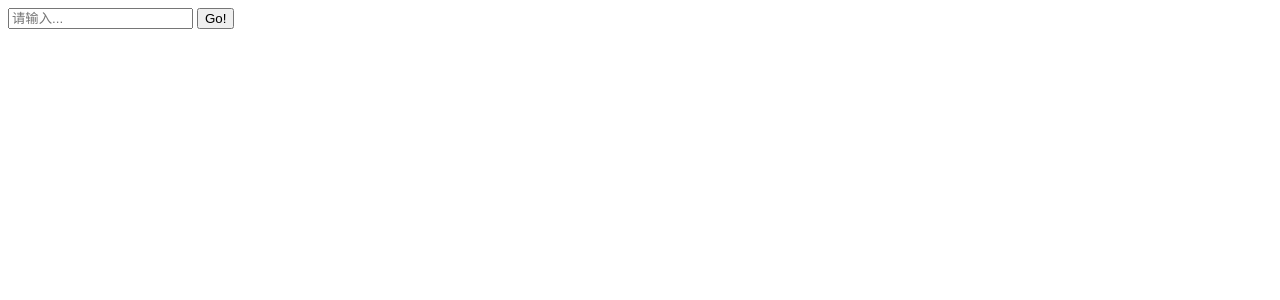
Repository: StarunneR/one-page
Page: index.html
The author's editor kept a copy of each file at every save. The page is drawn from the files as they stood at one save, then again after the next save.
The browser window is 1280 px wide. The pictures show the whole page.

Above is the page before, as saved 2022-01-08 18:16:41.

After the next save:
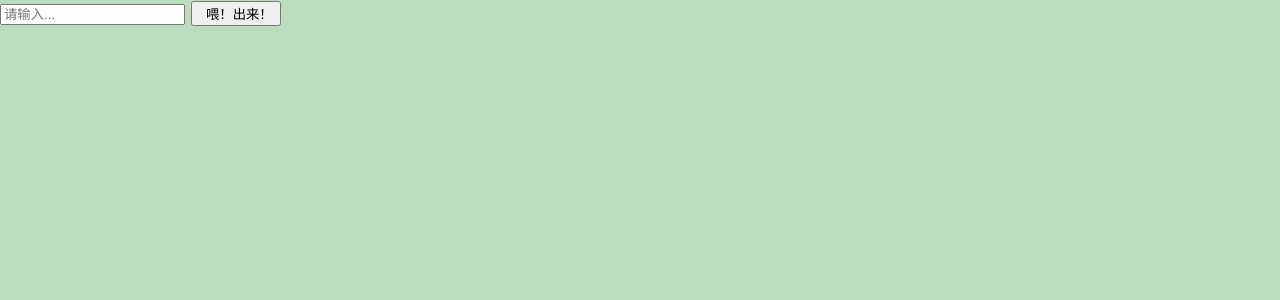
Saved 10 min 6 s later.
--- a/index.html
+++ b/index.html
@@ -6,12 +6,13 @@
     <title>浊池留言板</title>
     <script src="waline/waline.js"></script>
     <link rel="shortcut icon" href="./favicon.ico" />
+    <link href="static/css/main.css" rel="stylesheet" type="text/css">
 </head>
 
 <body>
     <div class="search">
-        <input type="text" placeholder="请输入..." name="" id="page" value="" ></input>
-        <button onclick="visit()">Go!</button>
+        <input type="text" placeholder="请输入..." name="" id="page" value="" />
+        <button onclick="visit()">&nbsp;&nbsp;喂！出来！</button>
         <script>
             function visit() {
                 window.location.href = document.getElementById("page").value;
